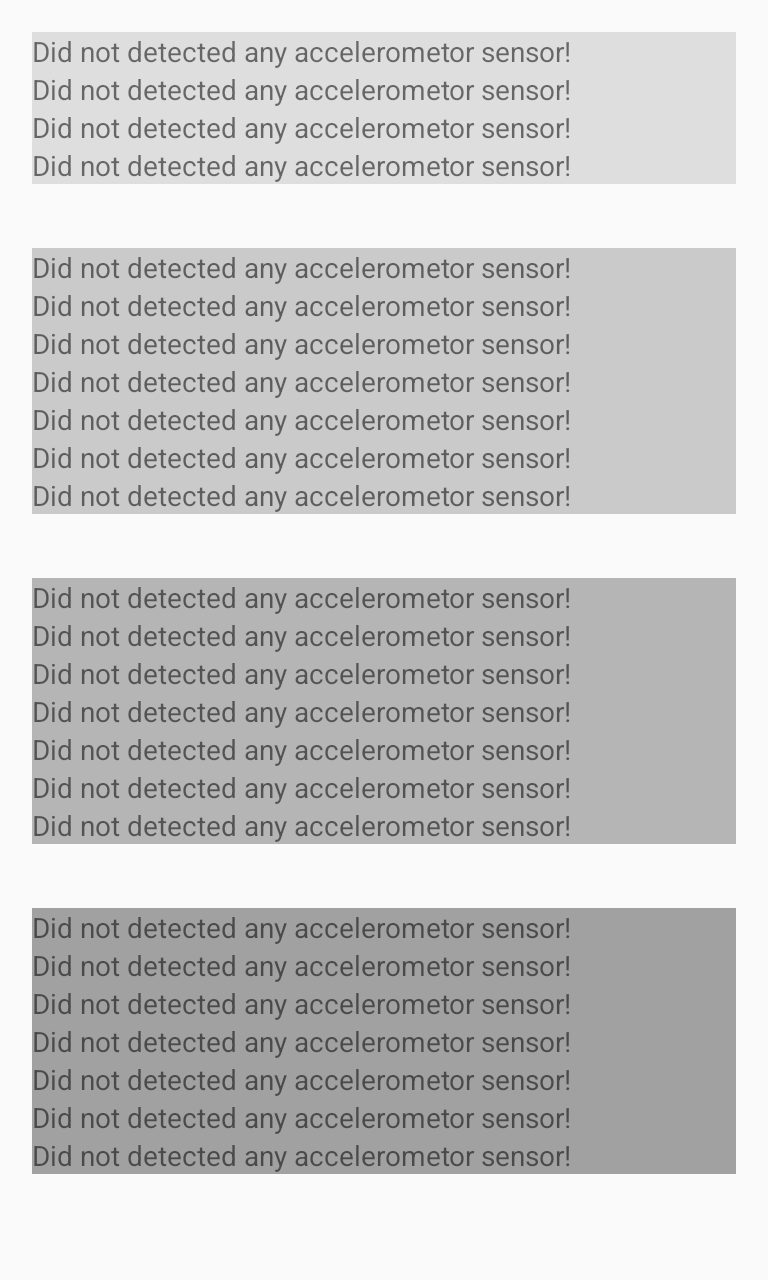
Repository: deyan-yosifov/Android
Layout: Workspace/BouncingBallGame/res/layout/activity_accelerometer_monitor.xml
An editor plug-in stored every save of this project. The layout is shown before and after the next save, followed by the edit.
It is drawn on a 768 x 1280 px phone screen (xhdpi) without system bars, with theme AppTheme; the app's code is not run.

Above is the layout before, as saved 2015-01-04 12:05:35.

After the next save:
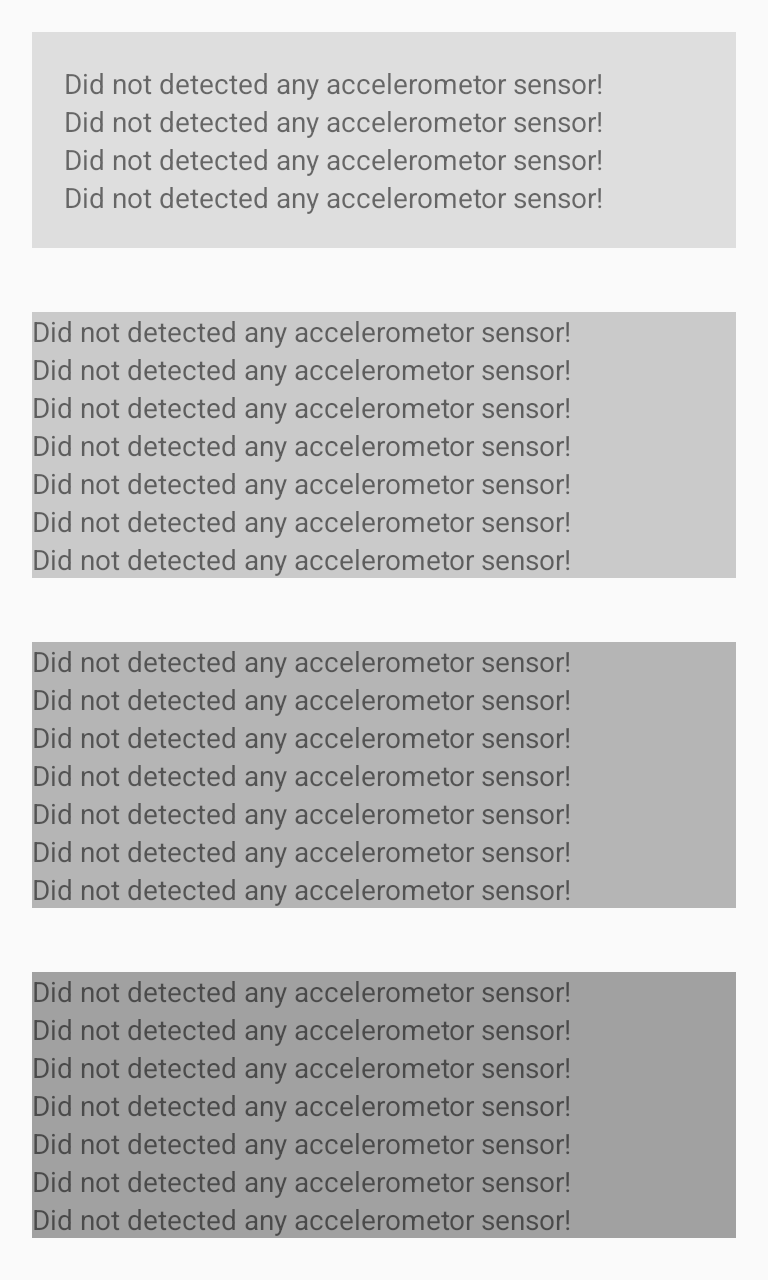
Saved 102 s later.
--- a/Workspace/BouncingBallGame/res/layout/activity_accelerometer_monitor.xml
+++ b/Workspace/BouncingBallGame/res/layout/activity_accelerometer_monitor.xml
@@ -12,6 +12,7 @@
 		    android:layout_width="fill_parent"
 	        android:layout_height="wrap_content"
 	        android:layout_margin="@dimen/activity_vertical_margin"
+	        android:padding="@dimen/activity_vertical_margin"
 	        android:orientation="vertical"
 	        android:id="@+id/acceleromatorValues"
 	        android:background="#99cccccc"
